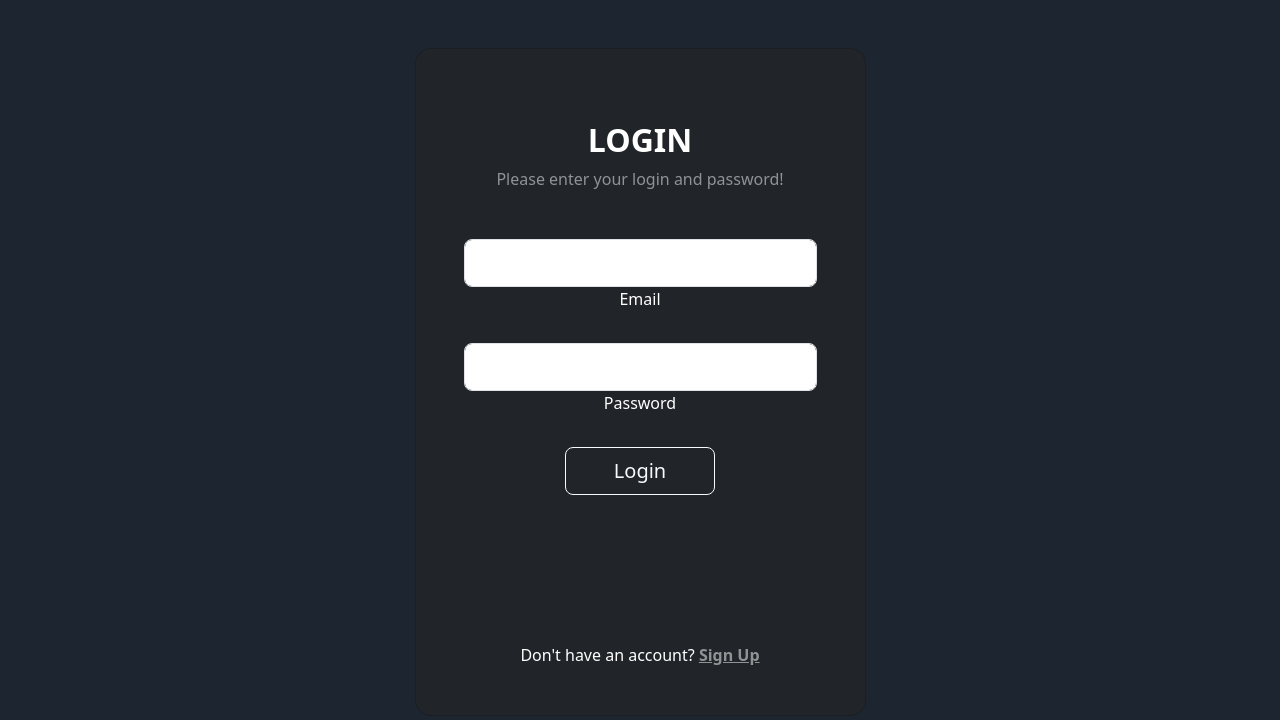
Repository: mateusilva8/tarefa-pix
Page: frontend/index.html
These files come from the project's save history. The page is drawn as it stood at one moment and after the next save; the edit follows.
The browser window is 1280 px wide. The pictures show the whole page.

Above is the page before, as saved 2023-10-04 21:43:38.

After the next save:
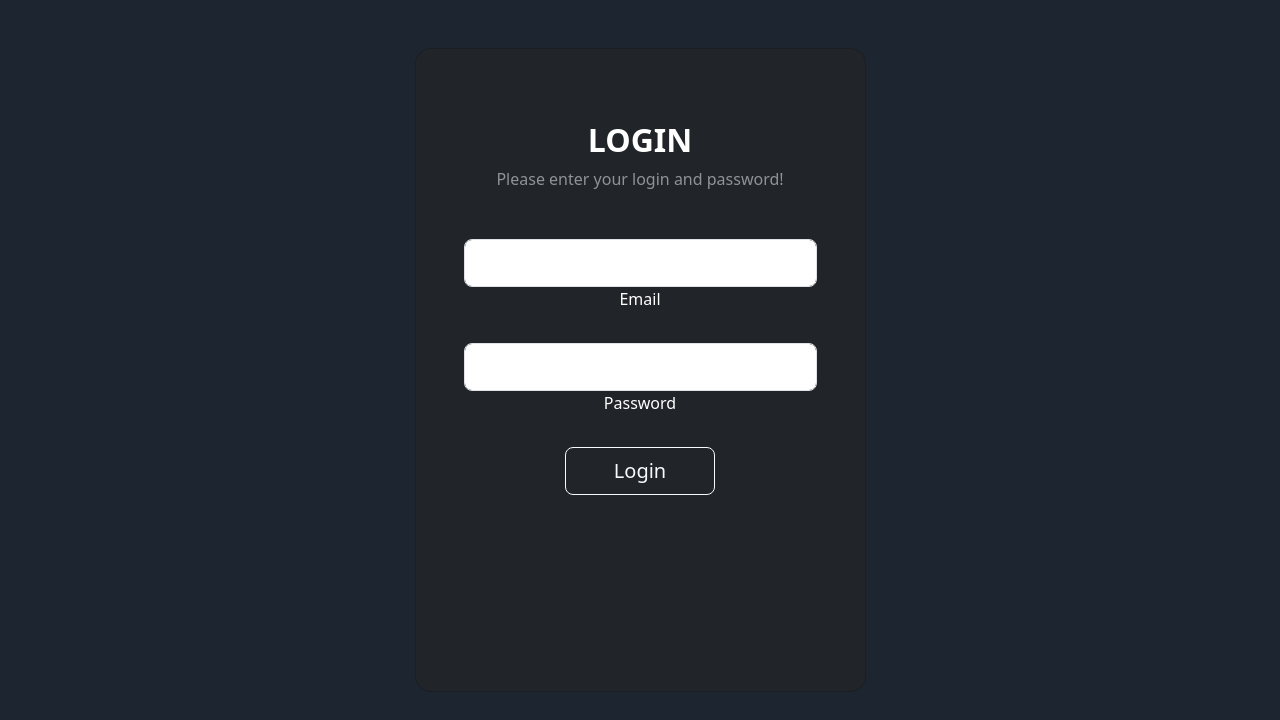
Saved 96 s later.
--- a/frontend/index.html
+++ b/frontend/index.html
@@ -70,13 +70,6 @@
                     ></a>
                   </div>
                 </div>
-
-                <div>
-                  <p class="mb-0">
-                    Don't have an account?
-                    <a href="#!" class="text-white-50 fw-bold">Sign Up</a>
-                  </p>
-                </div>
               </div>
             </div>
           </div>
